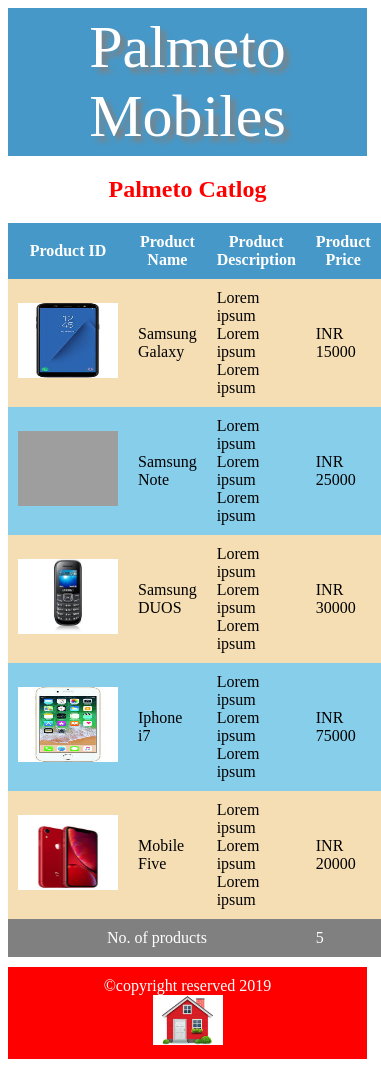
Repository: abhishekj720/HSBCLearn
Page: gagan/JEE/HtmlCssDemo/WebContent/Catlog.html
The author's editor kept a copy of each file at every save. The page is drawn from the files as they stood at one save, then again after the next save.
The browser window is 375 px wide. The page is 381 px wide, then 375 px, so the pictures cover 381 px, including what lies to the right of the window. The pictures show the whole page.
Pictures or frames that could not be fetched are drawn as grey boxes.

Above is the page before, as saved 2019-07-29 12:47:44.

After the next save:
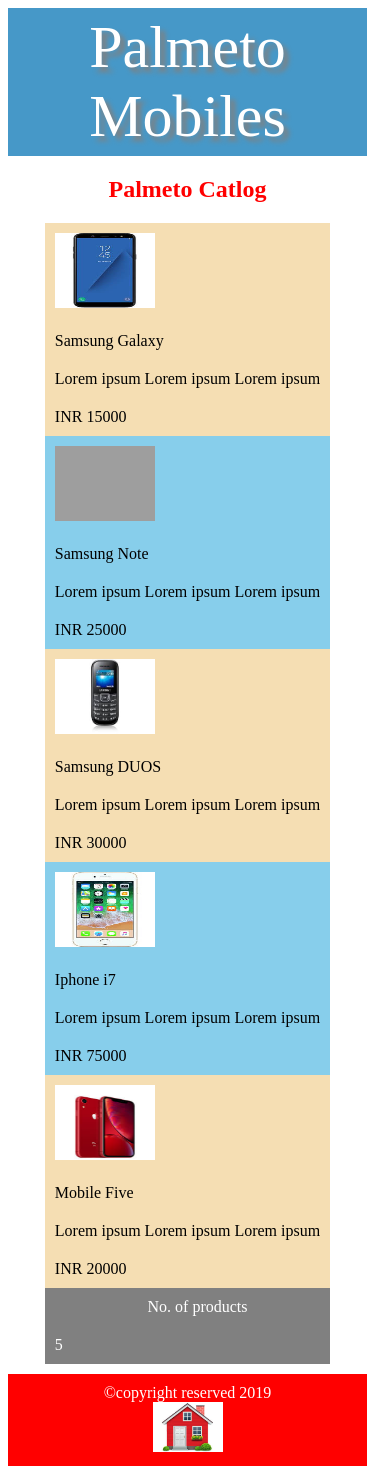
Saved 15 h 1 min later.
--- a/gagan/JEE/HtmlCssDemo/WebContent/Catlog.css
+++ b/gagan/JEE/HtmlCssDemo/WebContent/Catlog.css
@@ -45,3 +45,20 @@
 	width: 300px;
 
 }
+
+
+@media only screen and (max-width: 600px){
+	thead{
+		display: none;
+	}
+
+	td{
+		width: 100%;
+		display: block;
+	}
+	.desc{
+		width:100%;
+	}
+
+
+}
